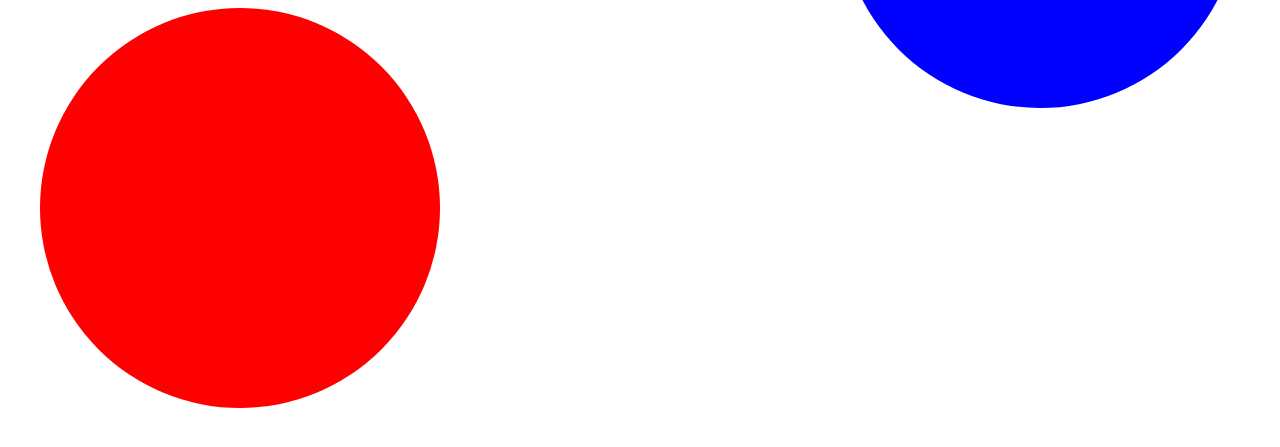
Repository: dovanluyen1996/Test-Git-PR
Page: index.html
The author's editor kept a copy of each file at every save. The page is drawn from the files as they stood at one save, then again after the next save.
The browser window is 1280 px wide. The pictures show the whole page.

Above is the page before, as saved 2021-09-06 23:13:18.

### index.html
<!DOCTYPE html>
<html lang="en">
  <head>
    <meta charset="UTF-8" />
    <meta http-equiv="X-UA-Compatible" content="IE=edge" />
    <meta name="viewport" content="width=device-width, initial-scale=1.0" />
    <title>TestVsCode</title>
    <link rel="stylesheet" href="css/style.css" />
  </head>

  <body>
    <div class="container">
      <div class="test1"></div>
      <div class="test2"></div>
    </div>
    <div class="im-center"></div>
  </body>
</html>

### css/style.css
body {
}
.container {
  width: 1200px;
  height: 100px;
  margin: 0 auto;
  position: relative;
}
.test1 {
  position: absolute;
  width: 400px;
  height: 400px;
  background-color: red;
  border-radius: 50%;
  top: 0;
  left: 0;
}
.test2 {
  position: absolute;
  width: 400px;
  height: 400px;
  background-color: blue;
  border-radius: 50%;
  bottom: 0;
  right: 0;
}

After the next save:
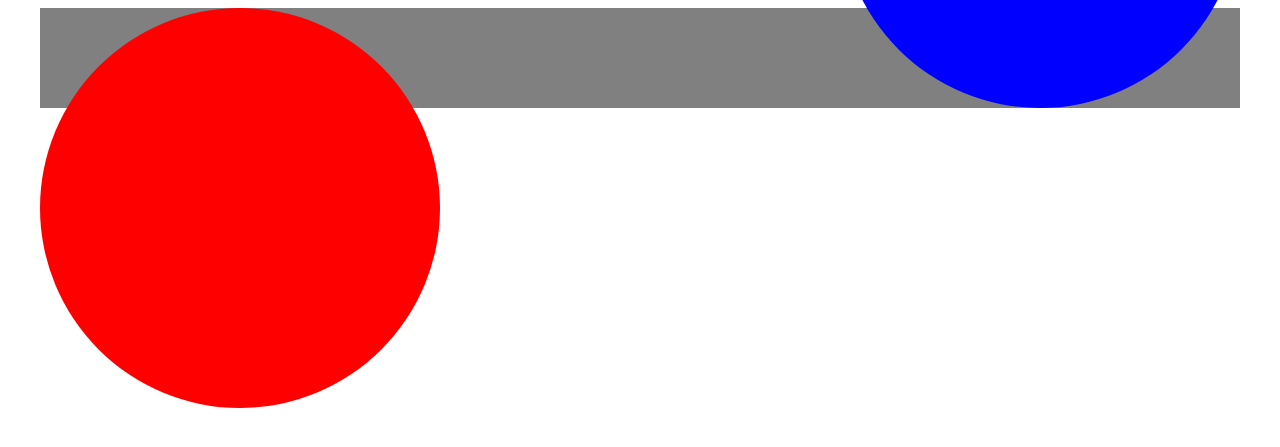
Saved 23 s later.
--- a/css/style.css
+++ b/css/style.css
@@ -5,6 +5,7 @@ body {
   height: 100px;
   margin: 0 auto;
   position: relative;
+  background-color: grey;
 }
 .test1 {
   position: absolute;
